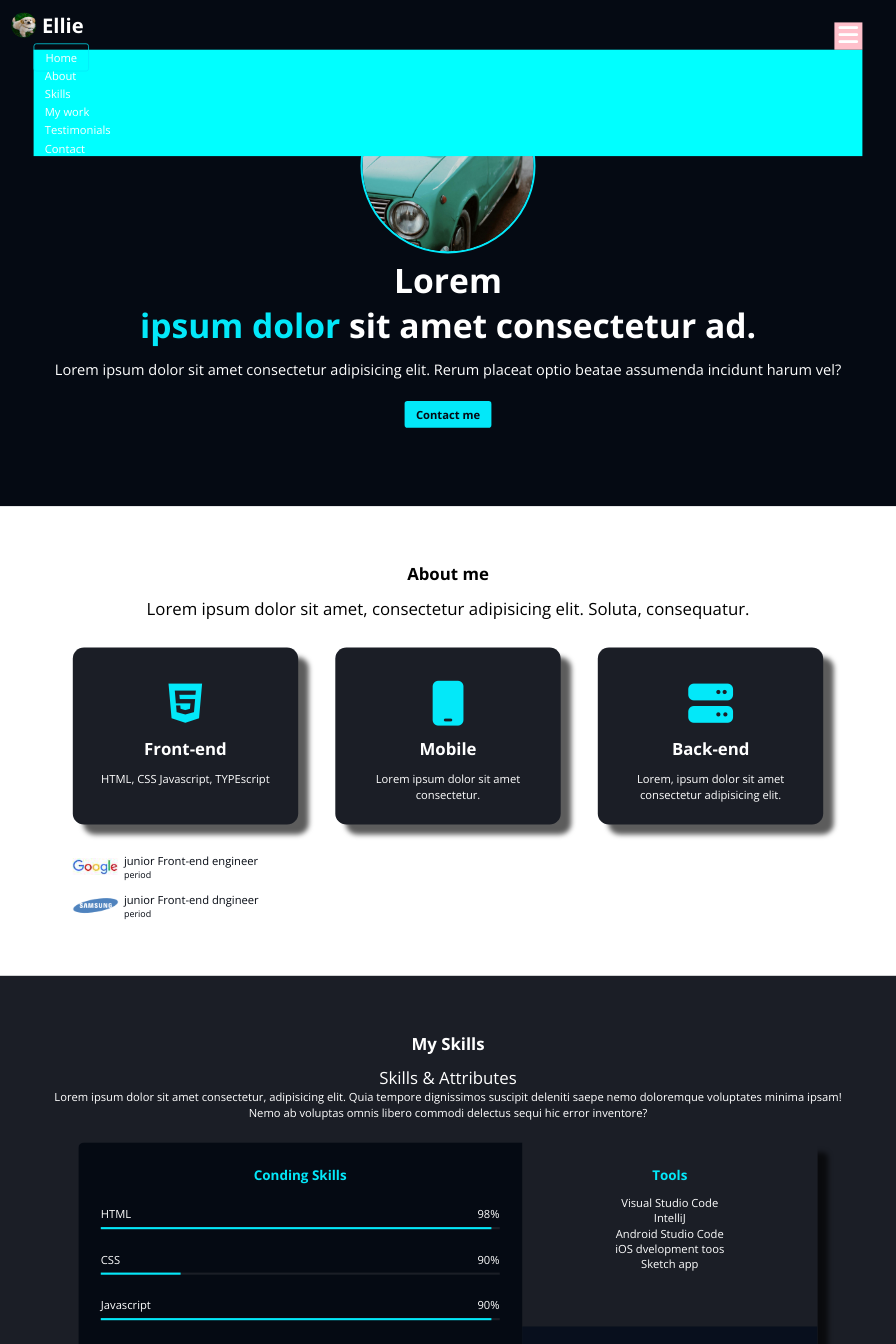
Repository: Arden-Sol/portfolio-website-clone-coding
Page: index.html
The author's editor kept a copy of each file at every save. The page is drawn from the files as they stood at one save, then again after the next save.
The browser window is 1280 px wide. The pictures show the part of the page from y = 0 to 1920 px (the page is 4153 px tall), at 70% of full size.
Some web libraries are served in a nearby version.

Above is the page before, as saved 2024-04-04 23:49:58.

### index.html
<!DOCTYPE html>
<html lang="en">

<head>
  <meta charset="UTF-8">
  <meta name="viewport" content="width=device-width, initial-scale=1.0">
  <!-- SEO -->
  <title>Arden&#39;s portfolio</title>
  <meta name="description" content="포트폴리오 연습장" />
  <meta name="author" content="arden">
  <link rel="shortcut icon" href="image/favicon.jpg" type="image/x-icon">
  <!-- OG (Open Graph Data) -->
  <meta property="og:title" content="포트폴리오">
  <meta property="og:type" content="website">
  <meta property="og:url" content="배포후 생성된 URL">
  <meta property="og:image" content="배포후 생성된 이미지 URL">
  <!-- Goole Font -->
  <link rel="preconnect" href="https://fonts.googleapis.com">
  <link rel="preconnect" href="https://fonts.gstatic.com" crossorigin>
  <link href="https://fonts.googleapis.com/css2?family=Open+Sans:ital,wght@0,300..800;1,300..800&display=swap"
    rel="stylesheet">
  <!-- Font Awesome -->
  <script src="https://kit.fontawesome.com/4dc9c1b526.js" crossorigin="anonymous"></script>
  <!-- CSS -->
  <link rel="stylesheet" href="css/style.css">
  <!-- Javascript -->
  <script src="src/main.js" defer></script>
</head>

<body>
  <!-- Header -->
  <header class="header">
    <div class="header__logo">
      <img class="header__logo__img" src="image/favicon.jpg" alt="">
      <h1 class="header__logo__title"><a href="#">Ellie</a></h1>
    </div>
    <nav class="header__nav">
      <ul class="header__menu">
        <li><a class="header__menu__item active" href="#home">Home</a></li>
        <li><a class="header__menu__item" href="#about">About</a></li>
        <li><a class="header__menu__item" href="#skills">Skills</a></li>
        <li><a class="header__menu__item" href="#work">My work</a></li>
        <li><a class="header__menu__item" href="#testimonial">Testimonials</a></li>
        <li><a class="header__menu__item" href="#contact">Contact</a></li>
      </ul>
    </nav>
    <button class="header__bars">
      <i class="fa-solid fa-bars"></i>
    </button>
  </header>
  <!-- Main -->
  <main>
    <!-- Home -->
    <section id="home" class="section">
      <div class="home__container">
        <img class="home__avatar" src="image/picture.jpg" alt="picture">
        <h2 class="home__title">Lorem <br> <strong class="home__title--strong">ipsum dolor</strong> sit amet consectetur
          ad.</h2>
        <p class="home__description">Lorem ipsum dolor sit amet consectetur adipisicing elit. Rerum placeat optio beatae
          assumenda incidunt harum
          vel?</p>
        <a class="home__contact" href="#contact">Contact me</a>
      </div>
    </section>
    <!-- About -->
    <section id="about" class="section max-container">
      <h2 class="title">About me</h2>
      <p class="description">Lorem ipsum dolor sit amet, consectetur adipisicing elit. Soluta, consequatur.</p>
      <ul class="majors">
        <li class="major">
          <i class="fa-brands fa-html5 major__icon"></i>
          <p class="major__title">Front-end</p>
          <p>HTML, CSS Javascript, TYPEscript</p>
        </li>
        <li class="major">
          <i class="fa-solid fa-mobile major__icon"></i>
          <p class="major__title">Mobile</p>
          <p>Lorem ipsum dolor sit amet consectetur.</p>
        </li>
        <li class="major">
          <i class="fa-solid fa-server major__icon"></i>
          <p class="major__title">Back-end</p>
          <p>Lorem, ipsum dolor sit amet consectetur adipisicing elit.</p>
        </li>
      </ul>
      <ul class="jobs">
        <li class="job"><img src="image/jobs/google.png" alt="google">
          <div>
            <p class="job__name">junior Front-end engineer</p>
            <p class="job__period">period</p>
          </div>
        </li>
        <li class="job"><img src="image/jobs/samsung.png" alt="samsung">
          <div>
            <p class="job__name">
              junior Front-end dngineer
            </p>
            <p class="job__period">period</p>
          </div>
        </li>
      </ul>
    </section>
    <!-- Skills -->
    <section id="skills" class="section">
      <div class="max-container">
        <h2 class="title">My Skills</h2>
        <p class="description">Skills & Attributes</p>
        <p>Lorem ipsum dolor sit amet consectetur, adipisicing elit. Quia tempore dignissimos suscipit deleniti saepe
          nemo
          doloremque voluptates minima ipsam! Nemo ab voluptas omnis libero commodi delectus sequi hic error inventore?
        </p>
        <div class="skills">
          <section class="skills__coding">
            <h3 class="skills__title">Conding Skills</h3>
            <ul>
              <li class="bar">
                <div class="bar__metadata"><span>HTML</span><span>98%</span></div>
                <div class="bar__bg">
                  <div class="bar__value" style="width: 98%"></div>
                </div>
              </li>
              <li class="bar">
                <div class="bar__metadata"><span>CSS</span><span>90%</span></div>
                <div class="bar__bg">
                  <div class="bar__value" style="width: 20%"></div>
                </div>
              </li>
              <li class="bar">
                <div class="bar__metadata"><span>Javascript</span><span>90%</span></div>
                <div class="bar__bg">
                  <div class="bar__value" style="width: 98%"></div>
                </div>
              </li>
              <li class="bar">
                <div class="bar__metadata"><span>TYPEscript</span><span>80%</span></div>
                <div class="bar__bg">
                  <div class="bar__value" style="width: 98%"></div>
                </div>
              </li>
              <li class="bar">
                <div class="bar__metadata"><span>NodeJs</span><span>78%</span></div>
                <div class="bar__bg">
                  <div class="bar__value" style="width: 98%"></div>
                </div>
              </li>
              <li class="bar">
                <div class="bar__metadata"><span>React</span><span>68%</span></div>
                <div class="bar__bg">
                  <div class="bar__value" style="width: 98%"></div>
                </div>
              </li>
            </ul>
          </section>
          <section class="skills__tools">
            <h3 class="skills__title">Tools</h3>
            <ul>
              <li>Visual Studio Code</li>
              <li>IntelliJ</li>
              <li>Android Studio Code</li>
              <li>iOS dvelopment toos</li>
              <li>Sketch app</li>
            </ul>
          </section>
          <section class="skills__etc">
            <h3 class="skills__title">Etc</h3>
            <ul>
              <li>Git</li>
              <li>Scurm Master</li>
              <li>Math</li>
            </ul>
          </section>
        </div>
      </div>
    </section>
    <!-- Work -->
    <section id="work" class="section">
      <div class="max-container">
        <h2 class="title">My work</h2>
        <p class="description">Projects</p>
        <ul class="categories">
          <li><button class="category category--selected">All <span class="category__count">8</span></button></li>
          <li><button class="category">Front-end <span class="category__count">3</span></button></li>
          <li><button class="category">Back-end <span class="category__count">3</span></button></li>
          <li><button class="category">Mobile <span class="category__count">2</span></button></li>
        </ul>
        <ul class="projects">
          <li class="project">
            <a href="#" target="_blank">
              <img src="image/projects/project1.webp" alt="project8" class="project__img">
              <div class="project__metadata">
                <h3 class="project__title">Project #1</h3>
                <p>Clone Coding with HTML, CSS</p>
              </div>
            </a>
          </li>
          <li class="project"><a href="#" target="_blank"><img src="image/projects/project1.webp" alt="project1"
                class="project__img">
              <div class="project__metadata">
                <h3 class="project__title">Project #1</h3>
                <p>Clone Coding with HTML, CSS</p>
              </div>
            </a></li>
          <li class="project"><a href="#" target="_blank"><img src="image/projects/project2.webp" alt="project2"
                class="project__img">
              <div class="project__metadata">
                <h3 class="project__title">Project #2</h3>
                <p>Clone Coding with HTML, CSS</p>
              </div>
            </a></li>
          <li class="project"><a href="#" target="_blank"><img src="image/projects/project3.webp" alt="project3"
                class="project__img">
              <div class="project__metadata">
                <h3 class="project__title">Project #3</h3>
                <p>Clone Coding with HTML, CSS</p>
              </div>
            </a></li>
          <li class="project"><a href="#" target="_blank"><img src="image/projects/project4.webp" alt="project4"
                class="project__img">
              <div class="project__metadata">
                <h3 class="project__title">Project #4</h3>
                <p>Clone Coding with HTML, CSS</p>
              </div>
            </a></li>
          <li class="project"><a href="#" target="_blank"><img src="image/projects/project5.webp" alt="project5"
                class="project__img">
              <div class="project__metadata">
                <h3 class="project__title">Project #5</h3>
                <p>Clone Coding with HTML, CSS</p>
              </div>
            </a></li>
          <li class="project"><a href="#" target="_blank"><img src="image/projects/project6.webp" alt="project6"
                class="project__img">
              <div class="project__metadata">
                <h3 class="project__title">Project #6</h3>
                <p>Clone Coding with HTML, CSS</p>
              </div>
            </a></li>
          <li class="project"><a href="#" target="_blank"><img src="image/projects/project7.webp" alt="project7"
                class="project__img">
              <div class="project__metadata">
                <h3 class="project__title">Project #7</h3>
                <p>Clone Coding with HTML, CSS</p>
              </div>
            </a></li>
        </ul>
      </div>
    </section>
    <!-- Testimonials -->
    <section id="testimonial" class="section max-container">
      <h2 class="title">Testimonial</h2>
      <p class="description">See what they say about me</p>
      <ul class="testimonials">
        <li class="testimonial"><img class="testimonial__img" src="image/testimonials/people1.webp" alt="people1">
          <div class="testimonial__bubble">
            <p>Lorem ipsum dolor sit amet consectetur adipisicing elit. Veniam ab quasi totam excepturi iure enim iusto
              facilis ut odio facere quaerat, sapiente nesciunt eveniet magnam porro, officiis molestiae, et nobis!</p>
            <p><a class="testimonial__bubble__name" href="#">James Kim</a> /Google</p>
          </div>
        </li>
        <li class="testimonial"><img class="testimonial__img" src="image/testimonials/people2.webp" alt="people2">
          <div class="testimonial__bubble">
            <p>Lorem ipsum dolor sit amet consectetur, adipisicing elit. Deleniti est neque ipsum distinctio accusamus
              expedita molestiae mollitia animi odio quam minus a atque exercitationem quidem nisi, dolores vel quisquam
              ipsa.</p>
            <p><a class="testimonial__bubble__name" href="#">Anna Jin </a>/Samsung</p>
          </div>
        </li>
        <li class="testimonial">
          <img class="testimonial__img" src="image/testimonials/people3.webp" alt="people3">
          <div class="testimonial__bubble">
            <p>Lorem ipsum dolor sit amet consectetur adipisicing elit. Aut rerum quam quae impedit esse atque laborum
              accusantium maxime repudiandae assumenda, perferendis beatae repellat at? Nam, soluta assumenda. Veniam,
              odit possimus?</p>
            <p><a class="testimonial__bubble__name" href="#">Anna Jin </a>/Samsung</p>
          </div>
        </li>
      </ul>
    </section>
    <!-- Arrow up -->
    <aside>
      <a class="arrow-up" href="#home" title="back to top">
        <i class="fa-solid fa-arrow-up"></i></a>
    </aside>
  </main>
  <!-- Footer -->
  <footer id="contact" class="section">
    <div class="max-container">
      <h2 class="title">Let&#39;s talk</h2>
      <p class="description">highhigh222@naver.com</p>
      <ul class="contact__links">
        <li>
          <a class="contact__link" href="#" title="arden github link" target="_blank">
            <i class="fa-brands fa-github"></i>
          </a>
        </li>
        <li>
          <a class="contact__link" href="#" title="arden linkedin link" target="_blank">
            <i class="fa-brands fa-linkedin"></i>
          </a>
        </li>
      </ul>
      <p>Dream Coding ellie - All right reserved</p>
    </div>
  </footer>


</body>

</html>

### css/style.css
/* Global */
:root {
/* App Colors */
--color-primary: var(--color-black);
--color-primary-variant: var(--color-gray);
--color-accent: var(--color-blue);
--color-accent-variant: var(--color-orange);
--color-text: var(--color-white);

  /* Colors */
--color-white: #ffffff;
--color-black: #050a13;
--color-blue: #03e8f9;
--color-orange: #fd6413;
--color-gray: #1b1e26;

/* Size */
--size-max-width: 1200px;
}

*{
  box-sizing: border-box;
}

body {
  margin : 0;
  font-family: 'Open Sans', sans-serif;
}

h1, h2, h3,p,ul {
  margin : 0;

}

ul{
  list-style: none;
  padding: 0;
}
a {
  text-decoration: none;
  color : var(--color-text);
}

button {
  background-color: transparent;
  outline: 0;
  border : 0;
}

button:hover {
  outline: 1px solid var(--color-accent);
}

/* Common */
.section {
  padding: 4rem;
  text-align: center;
}
.title {
  font-size: 2.5;
  margin: 1rem 0;
}
.description {
  font-size: 1.5rem;
}
.max-container {
  max-width: var(--size-max-width);
  margin: auto;
}

/* Header */
.header{
  position:fixed;
  top:0;
  width: 100%;
  display: flex;
  justify-content: space-between;
  align-items: center;
  padding: 1rem;
  background-color: transparent;
  transition: all 300ms ease;
  z-index: 1;
  /* 새롭게 배운 것 */
}
.header--dark{
  background-color: var(--color-primary);
  box-shadow: 15px 14px 8px 0px rgba(0,0,0,0.64);
}
.header__logo {
  display: flex;
  align-items: center;
  gap:8px;
}
.header__logo__img {
  width: 36px;
  height: 36px;
  border-radius: 100%;
}
.header__logo__title {
  font-size: 1.8rem;
}
.header__menu {
  display: flex;
  gap:4px
}
.header__menu__item {
  padding: 8px 16px;
}
.header__menu__item:hover {
  border-bottom:1px solid var(--color-accent)
}
.header__menu__item.active {
  border:1px solid var(--color-accent);
  border-radius: 4px;
}
/* header bar */
.header__bars{
  background-color: pink;
  position: absolute;
  top:2rem;
  right:3rem;
  color: var(--color-text);
  font-size: 2rem;
  display: none;
}
@media screen and (min-width: 768px) {
  .header{
    flex-direction: column;
    align-items: flex-start;
  }
  .header__nav{
    /* display: none; */
    width: 100%;

  }
  .header__menu{
    background-color: aqua;
    flex-direction: column;
    margin: 1rem 2rem;

  }
  .header__bars{
    display: block;
  }
}
/* Home */
#home{
  background-color: var(--color-primary);
  color: var(--color-text);
  padding : 5rem 1rem;
  padding-top: 7rem;
  text-align: center;
}
.home__avatar{
  width: 250px;
  height: 250px;
  object-fit:cover;
  border-radius: 100%;
  border:3px solid var(--color-accent);
}
.home__title {
  font-size: 3rem;
  margin-bottom: 1rem;
}
.home__title--strong{
  color: var(--color-accent);
}
.home__description {
  font-size: 1.3rem;
}
.home__contact{
  display: inline-block;
  background-color: var(--color-accent);
  color:var(--color-black);
  padding : 0.5rem 1rem;
  margin: 2rem;
  font-weight: bold;
  border-radius: 4px;
}
.home__contact:hover{
  background-color: transparent;
  color: var(--color-text);
  outline: 2px solid var(--color-accent);
}
/* About me */
.majors{
  display: flex;
  justify-content: space-between;
  gap:1rem;
  margin: 2.5rem 0;
}
.major {
  background-color: var(--color-primary-variant);
  padding: 2rem 1rem;
  width: 30%;
  color: var(--color-text);
  border-radius: 1rem;
  cursor: default;
  box-shadow: 15px 14px 8px 0px rgba(0,0,0,0.64);
}
.major__icon{
  font-size: 4rem;
  margin: 1rem 0;
  color: var(--color-accent);
  transition: all 300ms ease;
}
.major__title{
  font-size: 1.5rem;
  font-weight: bold;
  margin-bottom:1rem;
}
.major:hover .major__icon{
  transform: rotate(-15deg) scale(1.2);
}
.jobs{
  text-align: start;
}
.job {
  display: flex;
  align-items: center;
  gap:8px;
  margin-bottom: 1rem;
}
.job__name {
  color: var(--color-primary);
}
.job__period  {
  color: var(--color-primary);
  font-size: 0.8rem;
}

/* Skills */
#skills {
  background-color: var(--color-primary-variant);
  color: var(--color-text);
}
.skills{
  display: grid;
  grid-template-columns: 6fr 4fr;
  margin: 2rem 3rem;
  border-radius: 8px;
  overflow: hidden;
  box-shadow: 15px 14px 8px 0px rgba(0,0,0,0.64);
}
.skills__title {
  color: var(--color-accent);
  margin: 1rem 0;
  font-size: 1.2rem;
}

.skills__coding{
  background-color: var(--color-primary);
  grid-row: span 2;
  padding: 1rem;
}
.skills__tools{
padding: 1rem;
}
.skills__etc{
  background-color: var(--color-primary);
  padding: 1rem;
  filter: brightness(150%);
}
.bar {
  display: flex;
  flex-direction: column;
  padding: 1rem;
  gap: 0.5rem;
}
.bar__metadata{
  display: flex;
  justify-content: space-between;
}
.bar__bg{
  width: 100%;
  height: 3px;
  background-color: var(--color-primary-variant);
}
.bar__value{
  height: 3px;
  background-color: var(--color-accent);
}

/* Word */
#work{
  background-color: var(--color-primary);
  color: var(--color-text);
}
.categories{
  display: flex;
  justify-content: center;
  margin: 2.5rem;
  gap: 1rem;
}
.category{
  position: relative;
  color: var(--color-text);
  font-size: 1.1rem;
  padding: 0.5rem 3rem;
  border-radius: 4px;
  border: 1px solid var(--color-accent);
  cursor: pointer;
  white-space: nowrap;
  /* 새롭게 배운 것 */
}
.category--selected {
  background-color: var(--color-accent);
  color: var(--color-primary);
}
.category__count{
  opacity: 0;
  position: absolute;
  top: -20px;
  right: 16px;
  width: 28px;
  height: 28px;
  line-height: 28px;
  border-radius: 100%;
  background-color: var(--color-accent-variant);
  color: var(--color-text);
  transition: all 250ms ease-in;
}
.category--selected .category__count,
.category:hover .category__count{
  opacity: 1;
  top: 0;
}

.projects {
  display: grid;
  grid-template-columns: repeat(4, 1fr);
  grid-template-rows: repeat(2, 1fr);
  gap: 1rem;
}
.project{
  position: relative;
  border-radius: 8px;
  overflow: hidden;
}
.project__img{
  width: 100%;
}
.project__metadata{
  position: absolute;
  top: 0;
  right: 0;
  width: 100%;
  height: 100%;
  background-color: var(--color-black);
  opacity: 0;
  display: flex;
  flex-direction: column;
  justify-content: center;
  align-items: center;
  transition: all 250ms ease-in;
  transform: translateY(-10px);
}
.project__metadata:hover {
  opacity: 0.8;
  transform: translateY(0px);
}
.project__title:after {
  content:'';
  display: block;
  position: relative;
  left: 50%;
  width: 50px;
  height: 2px;
  background-color: var(--color-accent);
  transform: translateX(-50%);
  margin: 0.5rem 0;
  /* 꾸미기용 가상요소 */
}

/* Testimonial */
.testimonials {
  margin: 3rem;

}
.testimonial{
  display: flex;
  gap:2rem;
  margin-bottom: 2rem;
  align-items: center;
}
.testimonial:nth-child(even) .testimonial__img{
  order:1;
}
.testimonial__img{
  width: 150px;
  height: 150px;
  border-radius: 100%;
  box-shadow: 15px 14px 8px 0px rgba(0,0,0,0.64);
}
.testimonial__bubble{
  box-shadow: 15px 14px 8px 0px rgba(0,0,0,0.64);
  padding: 1rem;
  border-radius: 8px;
}
.testimonial__bubble__name{
  color: var(--color-accent);
  font-weight: bold;
  filter: brightness(70%);
}

/* Arrow up */
.arrow-up{
  background-color: var(--color-primary);
  position: fixed;
  bottom: 3rem;
  right: 3rem;
  font-size: 3rem;
  width: 4.5rem;
  height: 4.5rem;
  border-radius: 100%;
  text-align: center;
  box-shadow: 15px 14px 8px 0px var(--color-accent);
}

/* Footer */
#contact{
  background-color: var(--color-primary);
  color: var(--color-text);
}
.contact__links {
  display: flex;
  justify-content: center;
  gap: 1rem;
  padding: 1rem;
  font-size: 2rem;
}
.contact__link {
  transition: color 250ms ease-in;

}
.contact__link:hover{
  color: var(--color-accent);
}

@media screen and (max-width: 768px){
  .section {
    padding: 3rem 2rem;
  }
  .title {
    font-size: 2rem;
  }
.description {
  font-size: 1rem;
}
.header{
  flex-direction: column;
  align-items: start;
}
.header__menu{
  flex-direction: column;
  text-align: center;
  padding: 1rem 4rem;
  gap: 1rem;
}
.header__nav{
  width: 100%;
}
#home{
  padding-bottom: 3rem;
}
.home__title {
font-size: 2.5rem;
margin-bottom: 0.5rem;
}
.majors{
  flex-direction: column;
  align-items: center;
}
.major{
  max-width:25rem;
  width: 100%;
}
.job{
  justify-content: center;
}
.skills{
  grid-template-columns: 1fr;
}
.categories{
  flex-direction: column;
}
.category{
  width: 100%;
}
.projects{
  grid-template-columns: repeat(2, 1fr);
}
.testimonial{
  flex-direction: column;
}
.testimonial:nth-child(even) .testimonial__img{
  order:0;
}
.arrow-up{
  font-size: 2rem;
  width: 3rem;
  height: 3rem;
  bottom: 1.5rem;
  right: 1.5rem;
}
}

### src/main.js
'use strict';
// Header에 페이지 아래로 스크롤시 다크 스타일링 적용
const header = document.querySelector('.header');
const headerHeight = header.getBoundingClientRect().height;
// document.addEventListener('scroll', () => {
//   if (window.scrollY > headerHeight) {
//     header.classList.add('header--dark')
//   } else {
//     header.classList.remove('header--dark')
//   }
// });

//홈화면을 아래로 스크롤시 점점 투명하게만들기
const home = document.querySelector('#home');
const homeHeight = home.getBoundingClientRect().height;
const homeContainer = document.querySelector('.home__container');

document.addEventListener('scroll', event => {
  homeContainer.style.opacity = 1 - window.scrollY / homeHeight;
});
// Arrow up 버튼을 아래로 스크롤시 투명하게 처리함
const arrowUp = document.querySelector('aside');
document.addEventListener('scroll', event => {
  if (homeHeight <= scrollY * 2) {
    arrowUp.style.display = 'block';
  } else {
    arrowUp.style.display = 'none';
  }
});

After the next save:
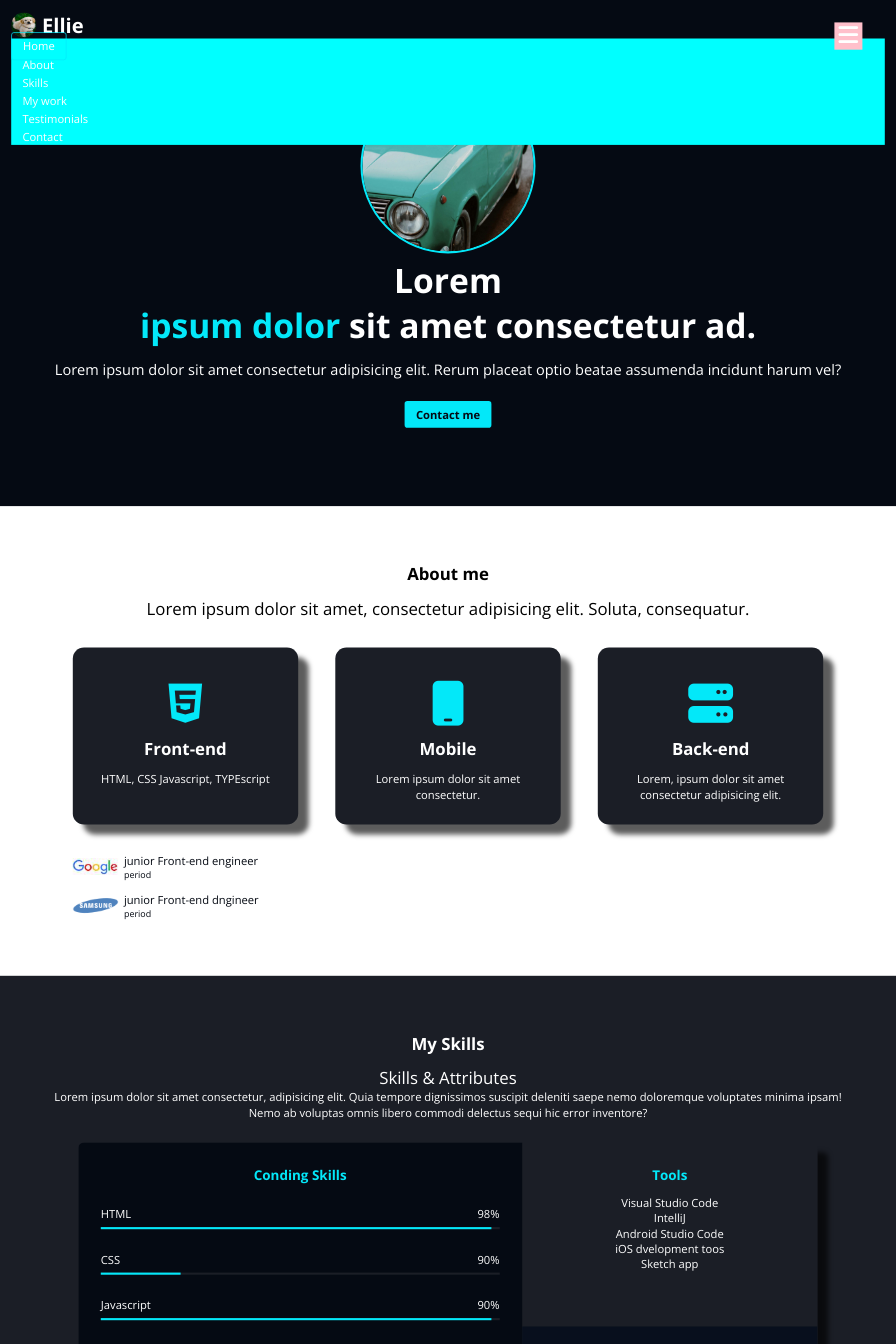
Saved 57 s later.
--- a/css/style.css
+++ b/css/style.css
@@ -136,8 +136,10 @@
   .header__menu{
     background-color: aqua;
     flex-direction: column;
-    margin: 1rem 2rem;
-
+
+  }
+  .header__menu__item {
+    margin 1rem;
   }
   .header__bars{
     display: block;
